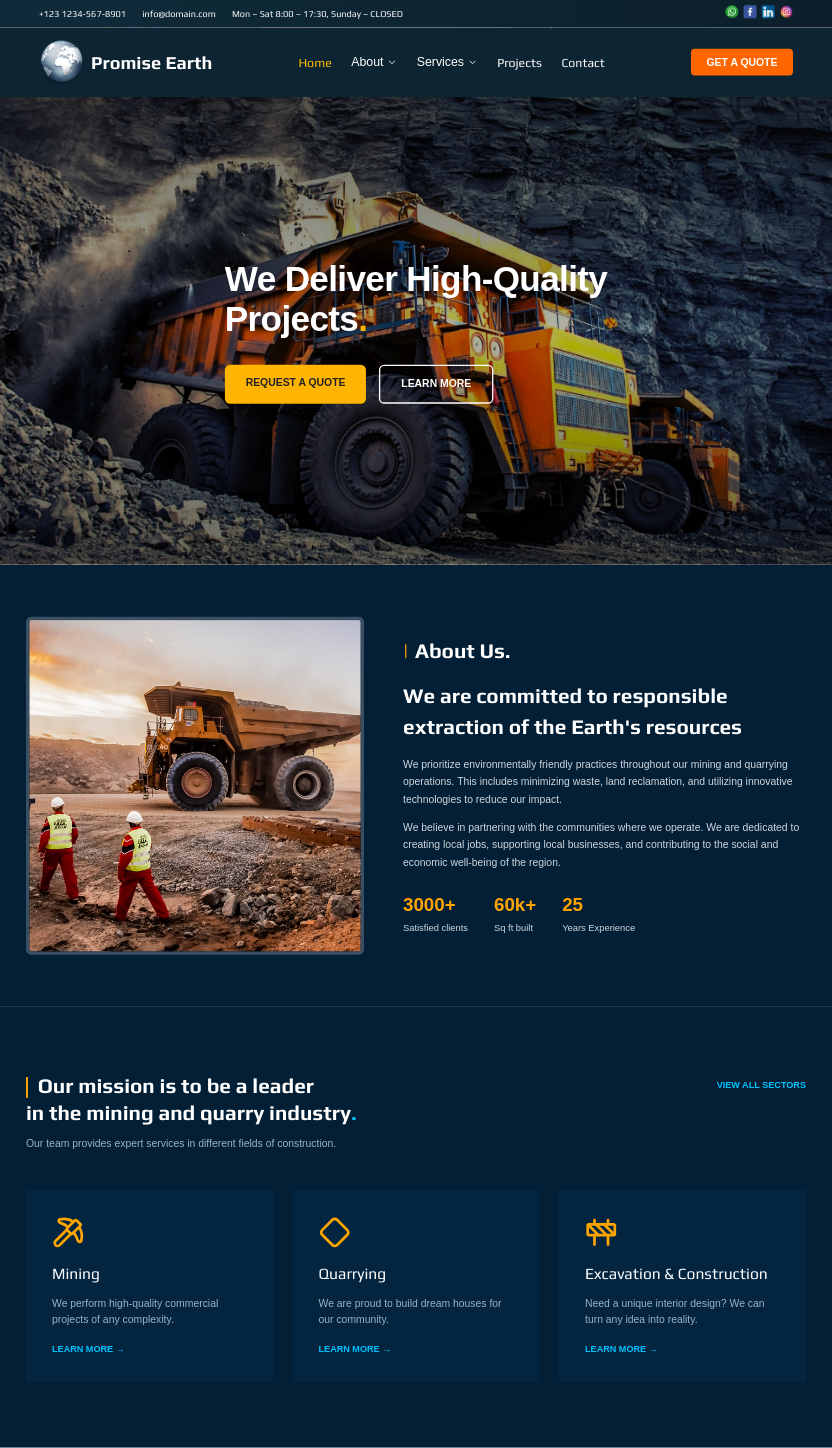
Repository: KC-Minchakpu/promise-earth
Page: /
The author's editor kept a copy of each file at every save. The page is drawn from the files as they stood at one save, then again after the next save.
The browser window is 1280 px wide. The pictures show the whole page, at 65% of full size.
The project was rebuilt for these pictures with package versions that can differ from the ones it lists, and the page was loaded fresh each time. The framework's server and built-in components were replaced by stand-ins that run in the browser. Also part of the build but not shown: next.config.ts.

Above is the page before, as saved 2026-02-26 15:48:57.

After the next save:
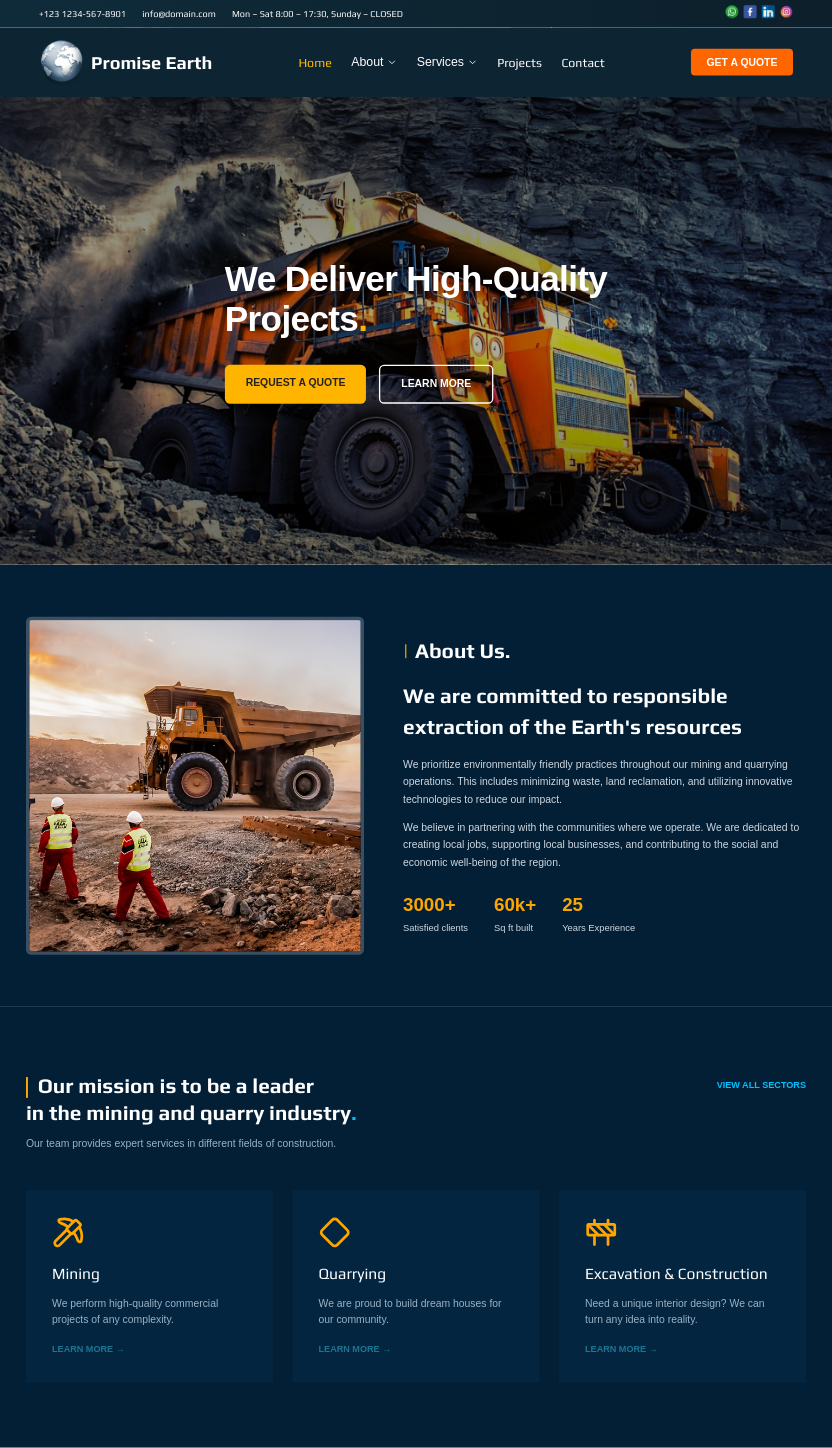
Saved 40 s later.
--- a/src/components/Services/ServicesSection.module.css
+++ b/src/components/Services/ServicesSection.module.css
@@ -126,7 +126,7 @@
 
 
 .learnMore {
-  color: #00c2ff;
+  color: #1d7691;
   font-size: 14px;
   text-decoration: none;
   font-weight: 600;
